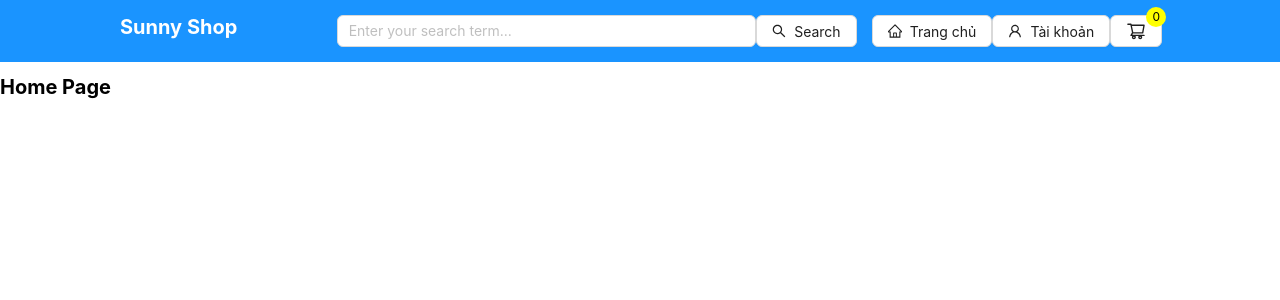
Repository: manhhieu120499/E-Commerce
Page: /
These files come from the project's save history. The page is drawn as it stood at one moment and after the next save; the edit follows.
The browser window is 1280 px wide. The pictures show the whole page.
The project was rebuilt for these pictures with package versions that can differ from the ones it lists, and the page was loaded fresh each time. Also part of the build but not shown: src/pages/product/Product.js, src/pages/order/Order.js, src/pages/notFound/NotFound.js, src/layouts/NormalLayout/NormalLayout.js.

Above is the page before, as saved 2025-01-01 12:25:52.

After the next save:
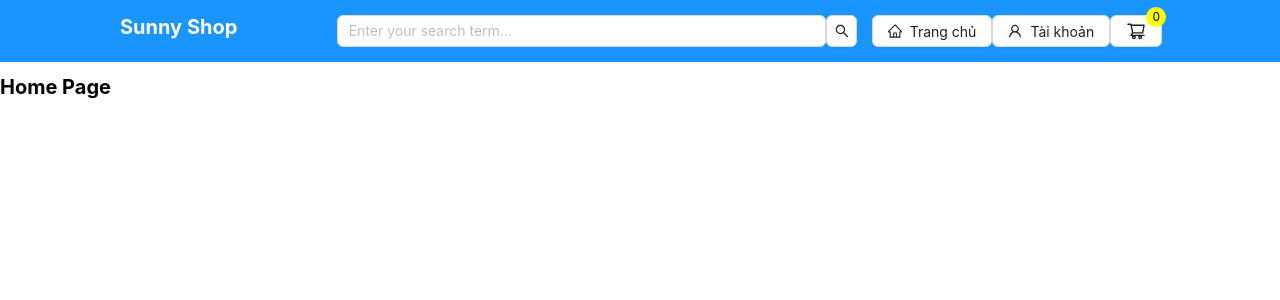
Saved 71 s later.
--- a/src/components/ButtonInputSearch/ButtonInputSearch.js
+++ b/src/components/ButtonInputSearch/ButtonInputSearch.js
@@ -1,11 +1,18 @@
 import { WrapperButtonInputSearch } from "./ButtonInputSearchStyle";
 import { Button, Input } from "antd";
-function ButtonInputSearch({ size, placeholder, onChange, onClick, Icon }) {
+function ButtonInputSearch({
+  size,
+  placeholder,
+  onChange,
+  onClick,
+  Icon,
+  textButton,
+}) {
   return (
     <WrapperButtonInputSearch>
       <Input size={size} placeholder={placeholder} />
       <Button size={size} icon={<Icon />}>
-        Search
+        {textButton}
       </Button>
     </WrapperButtonInputSearch>
   );

After the save that followed:
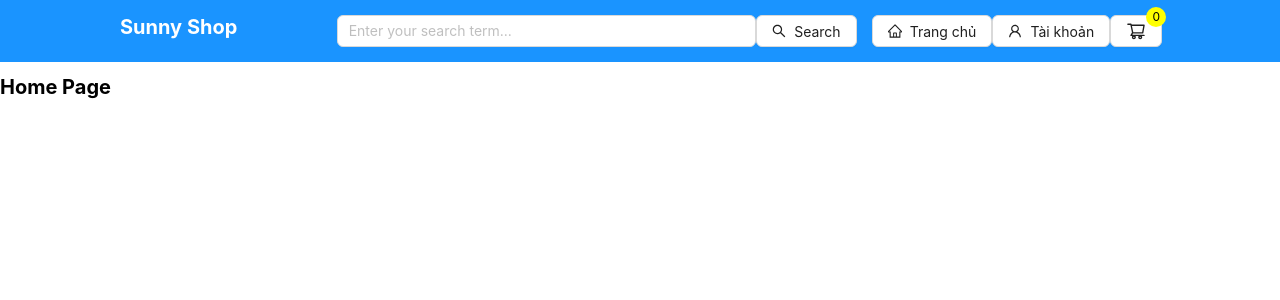
Saved 12 s later.
--- a/src/components/Header/Header.js
+++ b/src/components/Header/Header.js
@@ -27,6 +27,7 @@ export default function Header({ children }) {
             size={"medium"}
             placeholder={"Enter your search term..."}
             Icon={SearchOutlined}
+            textButton={"Search"}
           />
         </Col>
         <Col
